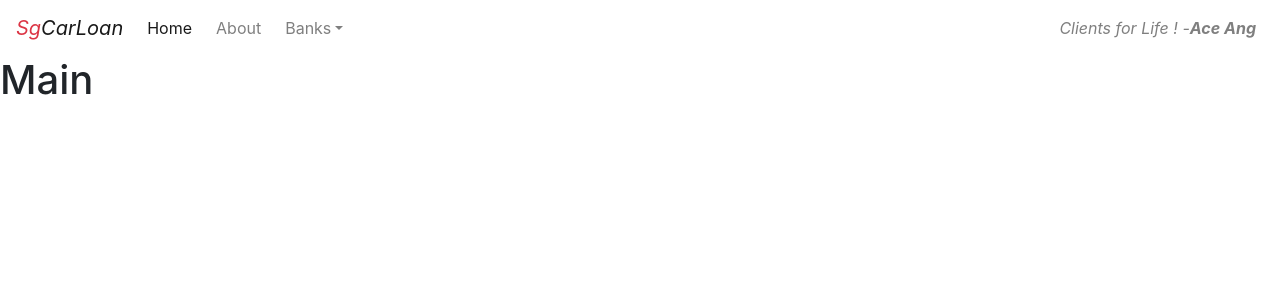
Repository: 99Ace/MongoProjectSample
Page: http://localhost/
The author's editor kept a record of every edit. The page is drawn from the files as they stood at one moment, then again after the next edit.
The browser window is 1280 px wide. The pictures show the whole page.
Some web libraries are served in a nearby version. The page is served by the project's application, run on Flask 3 (app.py). Queries for data that is not in the repository find no rows.

Above is the page before.

After the next edit:
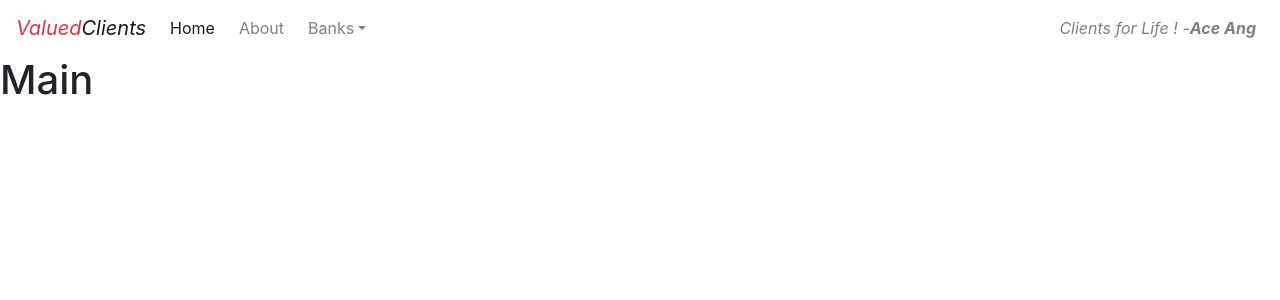
The edit:
--- a/templates/index.html
+++ b/templates/index.html
@@ -15,7 +15,7 @@
 <body>
     <!-- Navigation -->
     <nav class="navbar navbar-light navbar-expand-sm">
-        <a href="" class="navbar-brand"><i><span class="text-danger">Sg</span>CarLoan</i></a>
+        <a href="" class="navbar-brand"><i><span class="text-danger">Valued</span>Clients</i></a>
         <!-- Command to collapse the navbar -->
         <button class="navbar-toggler ml-auto" type="button" data-toggle="collapse" data-target="#navbarNavDropdown" aria-controls="navbarNavDropdown" aria-expanded="false" aria-label="Toggle navigation">
           <span class="navbar-toggler-icon"></span></button>
